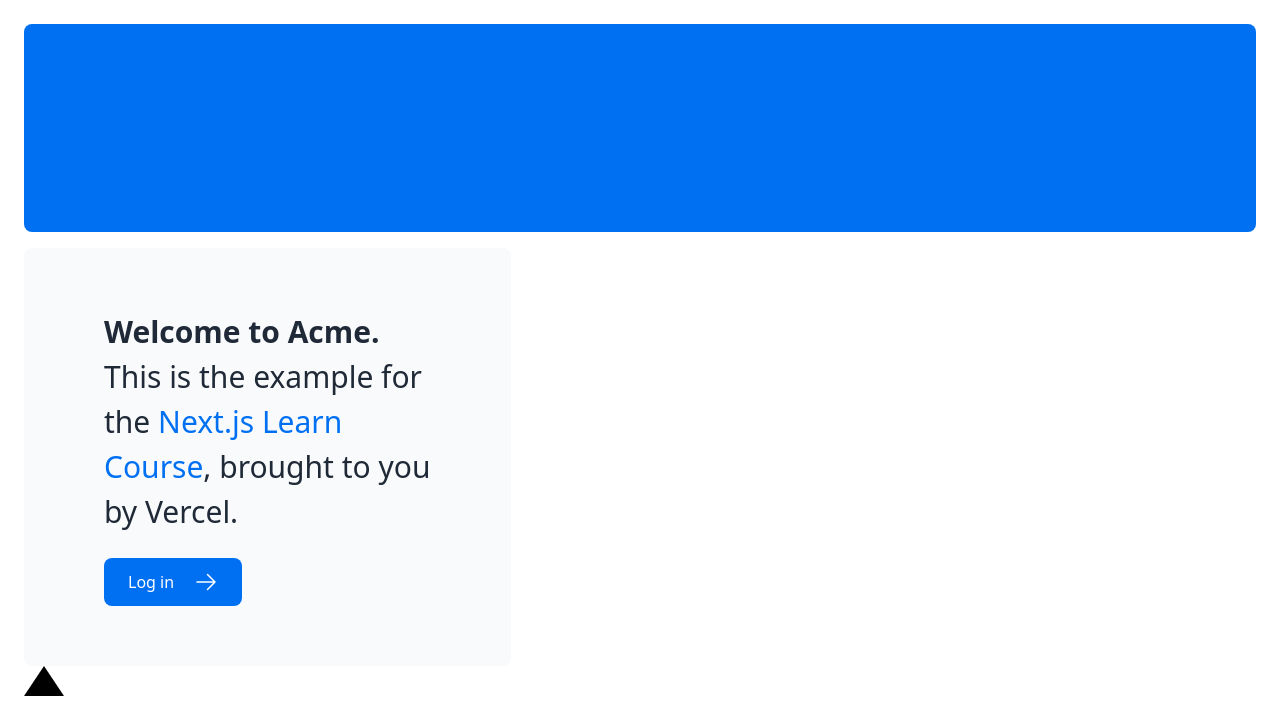
Repository: taoxiaofeng/hello-nextjs
Page: /
These files come from the project's save history. The page is drawn as it stood at one moment and after the next save; the edit follows.
The browser window is 1280 px wide. The pictures show the whole page.
The project was rebuilt for these pictures with package versions that can differ from the ones it lists, and the page was loaded fresh each time. The framework's server and built-in components were replaced by stand-ins that run in the browser. Also part of the build but not shown: next.config.js.

Above is the page before, as saved 2023-11-08 20:22:05.

After the next save:
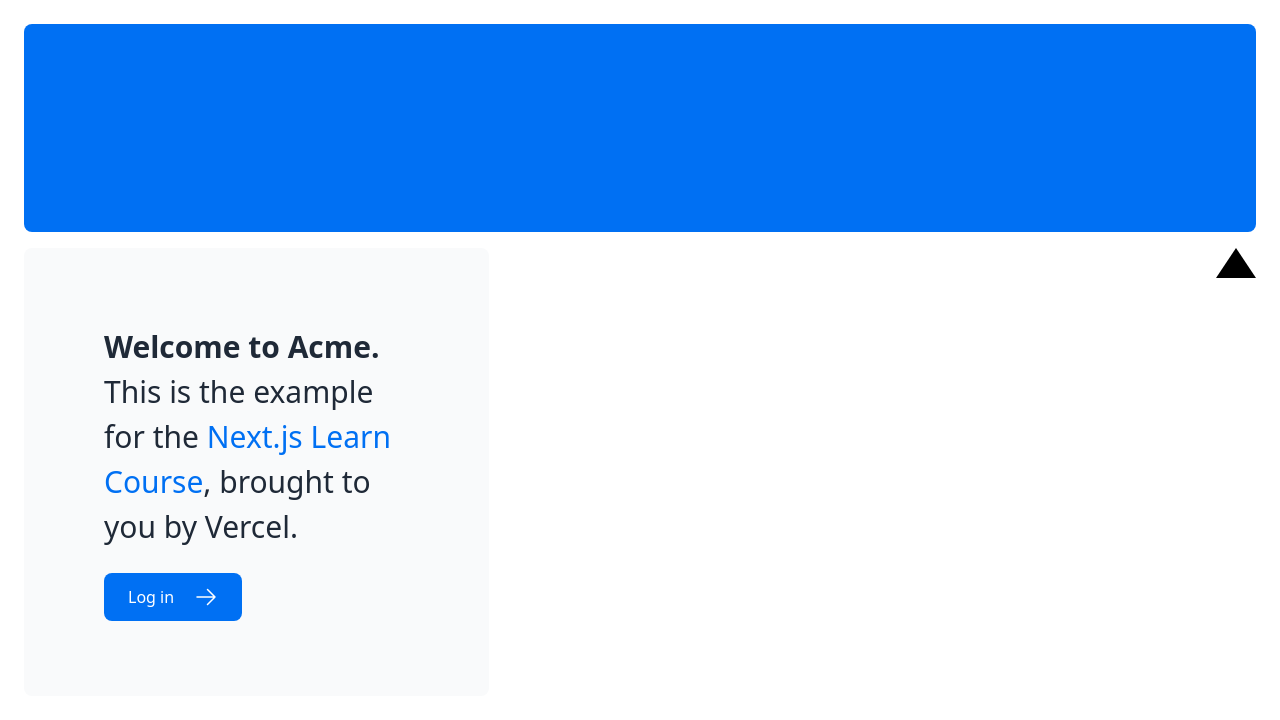
Saved 54 s later.
--- a/app/page.tsx
+++ b/app/page.tsx
@@ -28,8 +28,9 @@
         <div className="flex items-center justify-center p-6 md:w-3/5 md:px-28 md:py-12">
           {/* Add Hero Images Here */}
         </div>
+        <div className={styles.shape}></div>
       </div>
-      <div className="h-0 w-0 border-b-[30px] border-l-[20px] border-r-[20px] border-b-black border-l-transparent border-r-transparent" />
+      {/* <div className="h-0 w-0 border-b-[30px] border-l-[20px] border-r-[20px] border-b-black border-l-transparent border-r-transparent" /> */}
     </main>
   );
 }
